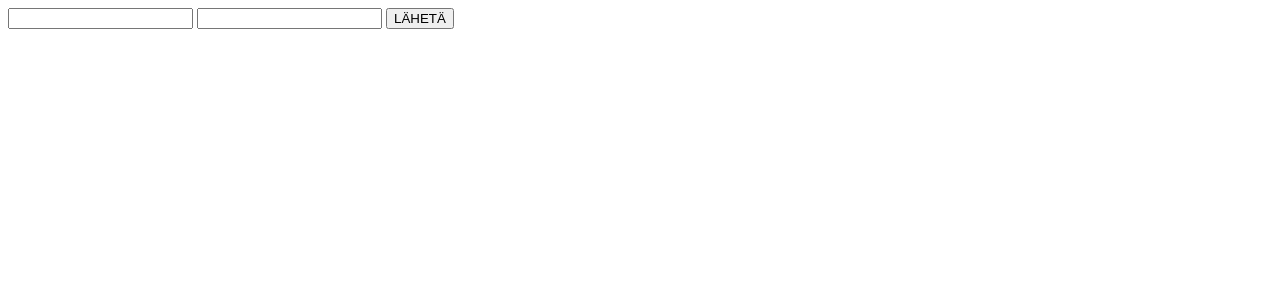
Repository: koodaajakige/knykanen
Page: public_html/be/bmi.html
An editor plug-in stored every save of this project. The page is shown before and after the next save, followed by the edit.
The browser window is 1280 px wide. The pictures show the whole page.

Above is the page before, as saved 2022-10-14 09:36:33.

After the next save:
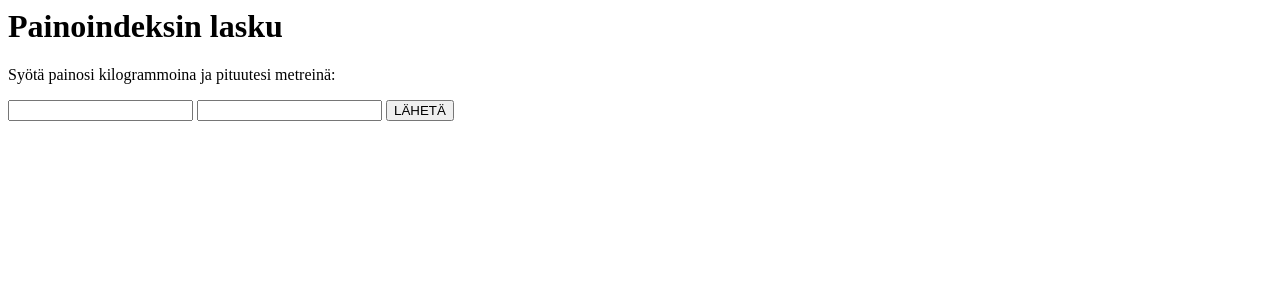
Saved 2 min 53 s later.
--- a/public_html/be/bmi.html
+++ b/public_html/be/bmi.html
@@ -2,6 +2,8 @@
     <meta charset="UTF-8">
 </head>
 <body>
+<h1>Painoindeksin lasku</h1>
+<p>Syötä painosi kilogrammoina ja pituutesi metreinä:</p>
 <form action="bmi.php" method="GET">
     <input type="text" name="luku1">
     <input type="text" name="luku2">
